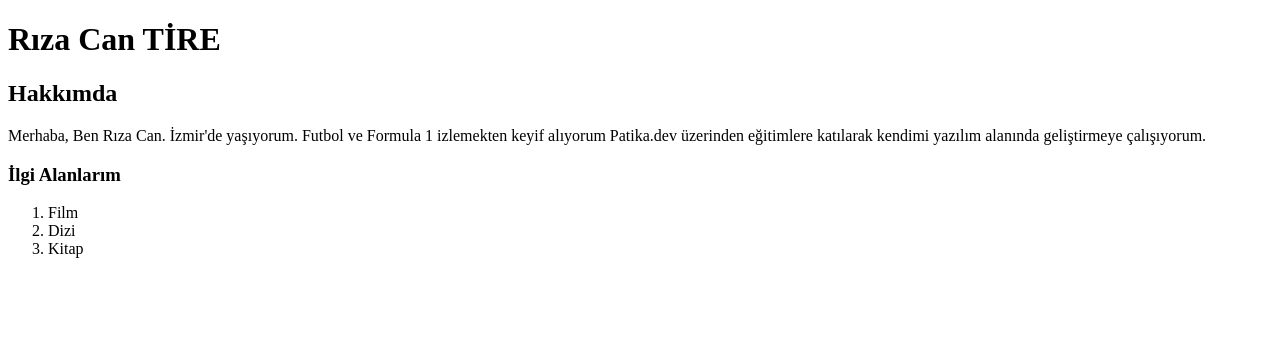
Repository: rizacantire/html
Page: Odev2/index.html
The author's editor kept a copy of each file at every save. The page is drawn from the files as they stood at one save, then again after the next save.
The browser window is 1280 px wide. The pictures show the whole page.

Above is the page before, as saved 2021-12-06 23:12:53.

### Odev2/index.html
<!DOCTYPE html>
<html lang="en">

<head>
    <meta charset="UTF-8">
    <meta http-equiv="X-UA-Compatible" content="IE=edge">
    <meta name="viewport" content="width=device-width, initial-scale=1.0">
    <title>Rıza Can TİRE</title>
</head>

<body>
    <!-- isim -->
    <h1>Rıza Can TİRE</h1>
    <h2>Hakkımda</h2>
    <!-- Kısa Bilgi -->
    <p>Merhaba, Ben Rıza Can. İzmir'de yaşıyorum. Futbol ve Formula 1 izlemekten keyif alıyorum
        Patika.dev üzerinden eğitimlere katılarak kendimi yazılım alanında geliştirmeye çalışıyorum.
    </p>
    <div class="main-content">
        <h3>İlgi Alanlarım</h3>
        <ol type="1"><li>Film</li>
        <li>Dizi</li>
        <li>Kitap</li></ol>
    </div>
</body>

</html>

After the next save:
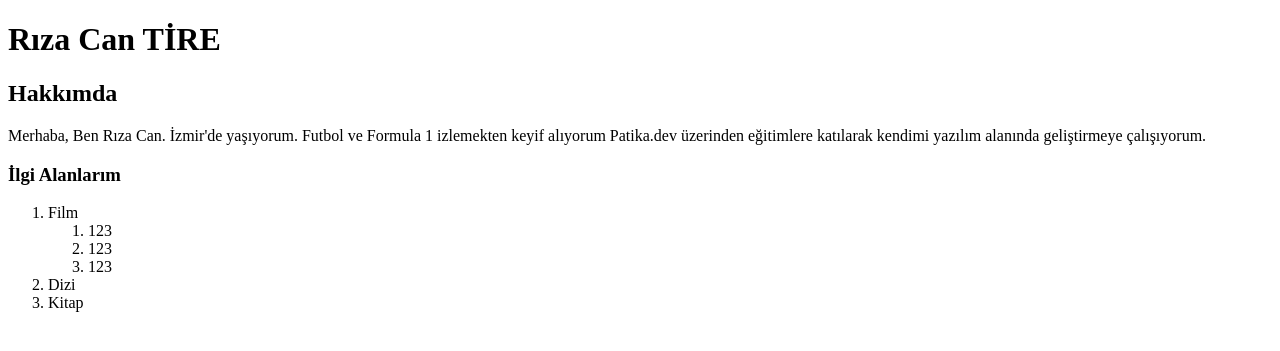
Saved 58 s later.
--- a/Odev2/index.html
+++ b/Odev2/index.html
@@ -18,9 +18,17 @@
     </p>
     <div class="main-content">
         <h3>İlgi Alanlarım</h3>
-        <ol type="1"><li>Film</li>
-        <li>Dizi</li>
-        <li>Kitap</li></ol>
+        <ol type="1">
+            <li>
+                Film
+                <ol type="circle"><li>123</li>
+                <li>123</li>
+                <li>123</li></ol>
+
+            </li>
+            <li>Dizi</li>
+            <li>Kitap</li>
+        </ol>
     </div>
 </body>
 
